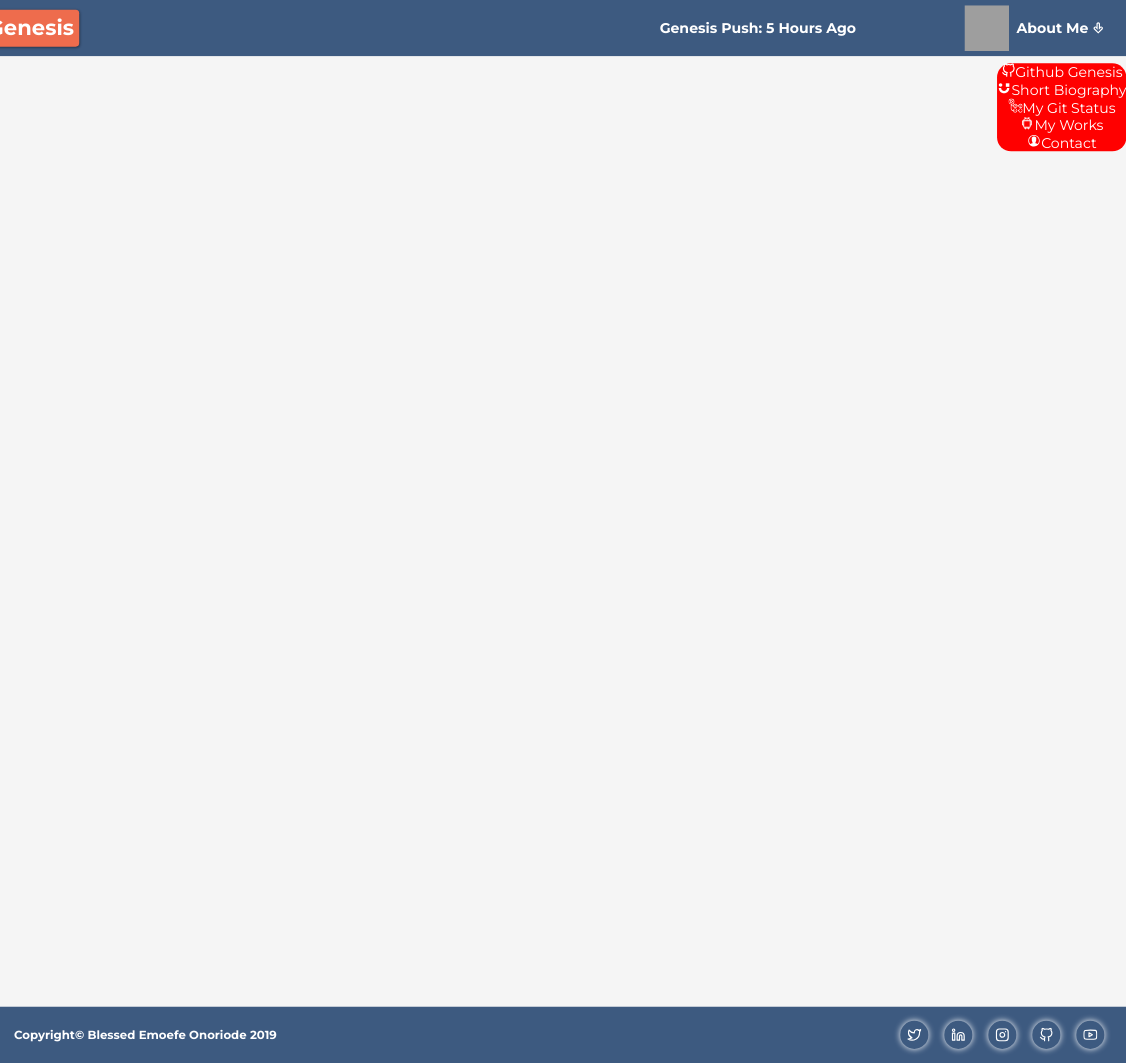
Repository: BlessedEmoefe/github-genesis
Page: /
The author's editor kept a copy of each file at every save. The page is drawn from the files as they stood at one save, then again after a run of saves.
The browser window is 1280 px wide. The pictures show the whole page, at 88% of full size.
Pictures or frames that could not be fetched are drawn as grey boxes. The project was rebuilt for these pictures with package versions that can differ from the ones it lists, and the page was loaded fresh each time.

Above is the page before, as saved 2021-03-24 17:39:52.

After the next 3 saves:
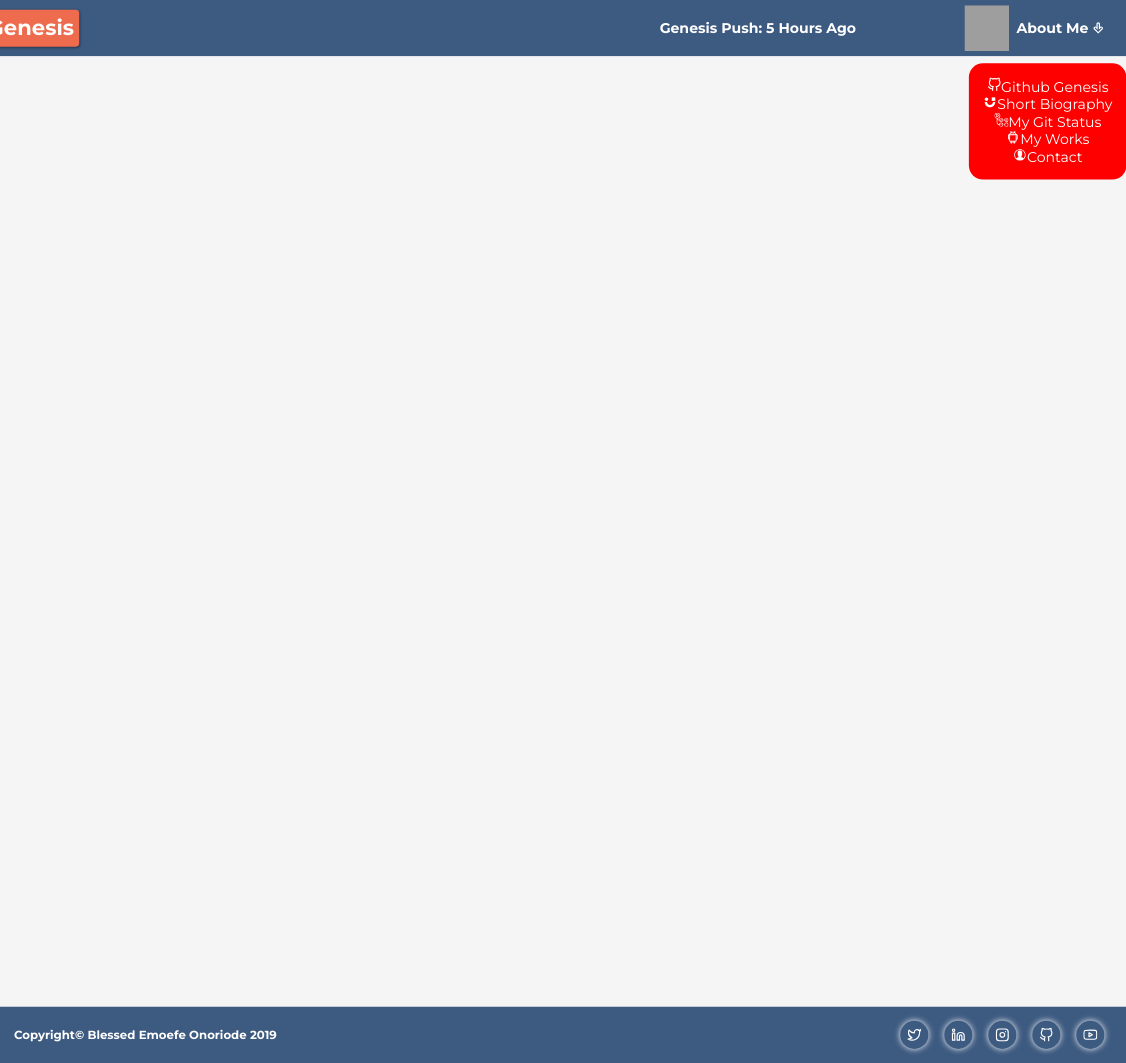
The 3 saves are shown as one change because they came seconds apart.
The last was saved 15 s later.
--- a/src/component/profile/styles.js
+++ b/src/component/profile/styles.js
@@ -29,6 +29,7 @@ export const ProfileStyles = styled.div`
   }
   .profileContentContainer {
     width: max-content;
+    padding:1rem
     background: red;
     position: absolute;
     right: 0;
